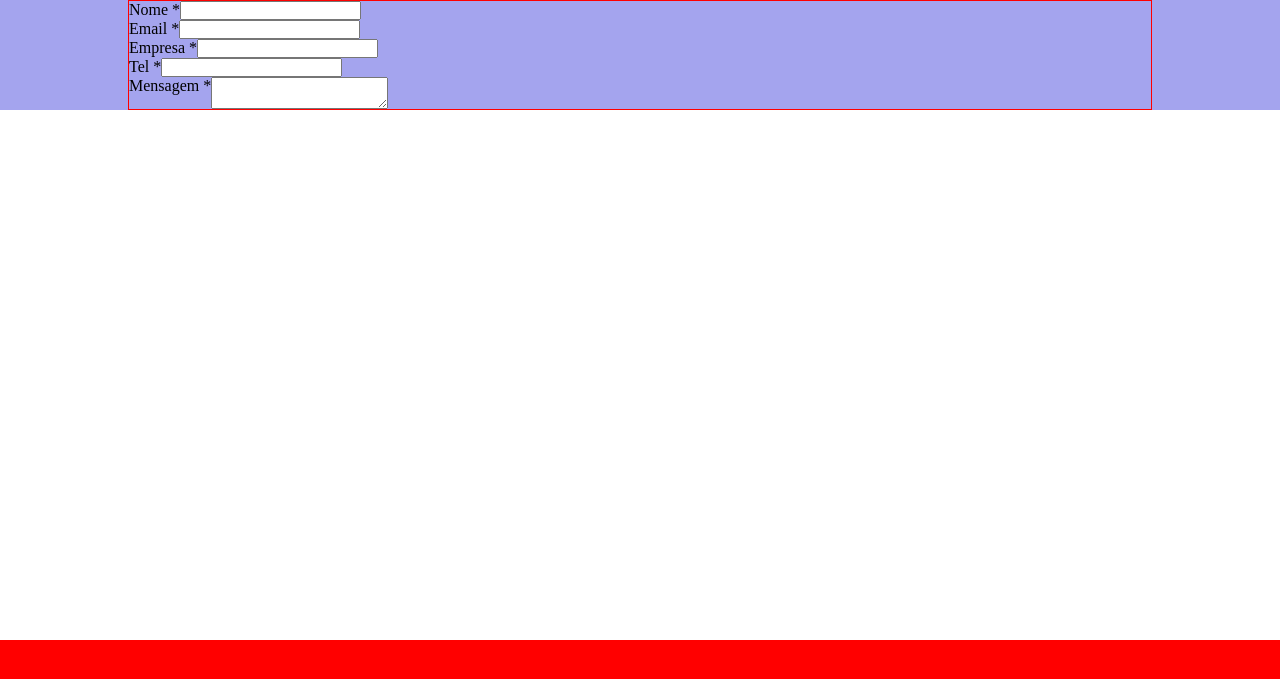
Repository: ecrseer/contatenos-html-js
Page: contatenos.html
The author's editor kept a copy of each file at every save. The page is drawn from the files as they stood at one save, then again after the next save.
The browser window is 1280 px wide. The pictures show the whole page.

Above is the page before, as saved 2021-12-27 14:38:06.

### contatenos.html
<!DOCTYPE html>
<html lang="en">

<head>
    <meta charset="UTF-8">
    <meta http-equiv="X-UA-Compatible" content="IE=edge">
    <meta name="viewport" content="width=device-width, initial-scale=1.0">
    <title>Contate-nos</title>
    <link rel="stylesheet" href="reset.css">
    <link rel="stylesheet" href="contatenos.css">
</head>

<body>

    <main class="main">
        <form action="enviar" method="post">
            <div class="input">
                <label for="Nome">Nome *</label>
                <input type="text">
            </div>
            <div class="input">
                <label for="Email">Email *</label>
                <input type="email">
            </div>
            <div class="input">
                <label for="Empresa">Empresa *</label>
                <input type="text">
            </div>
            <div class="input">
                <label for="Tel">Tel *</label>
                <input type="text">
            </div>
            <div class="input">
                <label for="Tel">Mensagem *</label>
                <textarea></textarea>
            </div>

        </form>
    </main>
    <section class="bottomnav">

    </section>

    <script src="contatenos.js"></script>
</body>

</html>

### contatenos.css
body{
    width: 100%;
    display: flex;
}
.main{
    background: rgb(164, 164, 238);
    width: 100%;
    height: 100%;
}
.input{
    display: flex;
    width: 50%;
}
.bottomnav{
    background: red;
    position: fixed;
    bottom: 0;
    width: 100%;
    height: 5em;
}
form{
    width: 80%;
    border: 1px red solid;
    justify-content: center;
    align-self: center;
    justify-self: center;
}

### contatenos.js
//alert('hi')

Loaded but not shown: reset.css (common file)

After the next save:
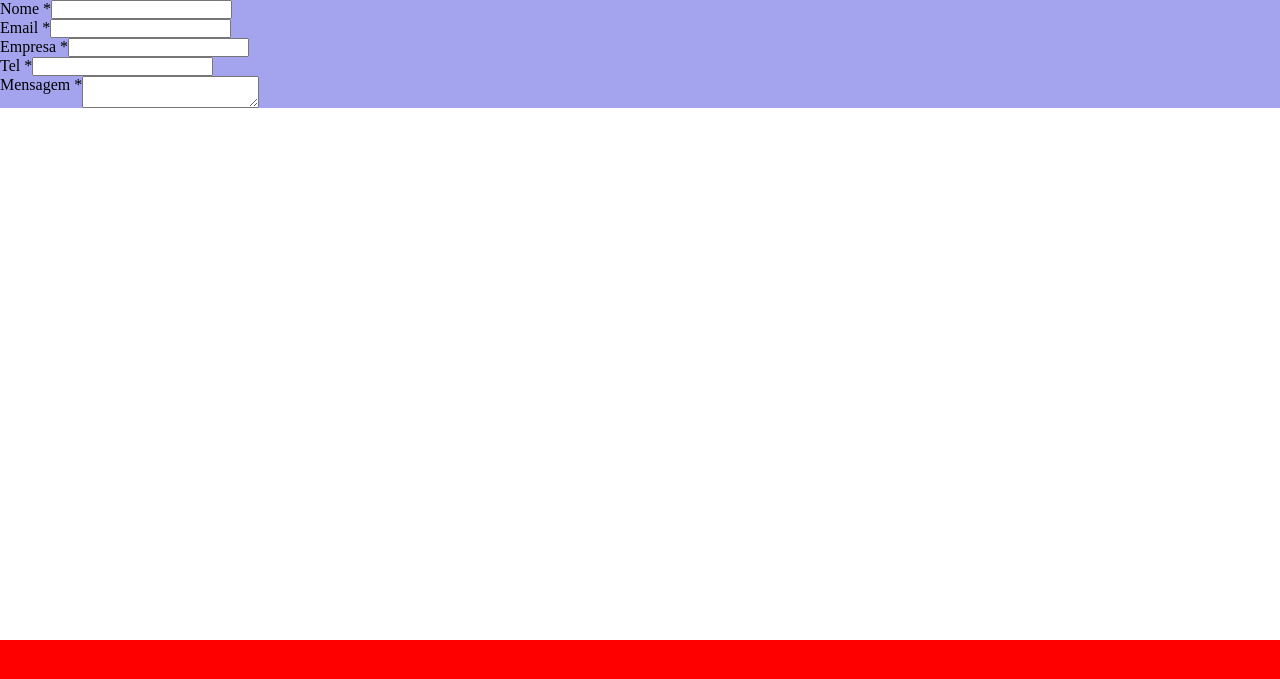
Saved 5 min 16 s later.
--- a/contatenos.css
+++ b/contatenos.css
@@ -18,10 +18,15 @@
     width: 100%;
     height: 5em;
 }
-form{
-    width: 80%;
-    border: 1px red solid;
-    justify-content: center;
-    align-self: center;
-    justify-self: center;
+form{    display: flex;
+    /* width: 87%; */
+    border: 1
+px
+ red solid;
+    /* justify-content: center; */
+    /* align-self: center; */
+    /* justify-self: center; */
+    /* align-content: center; */
+    /* align-items: center; */
+    flex-direction: column;
 }
